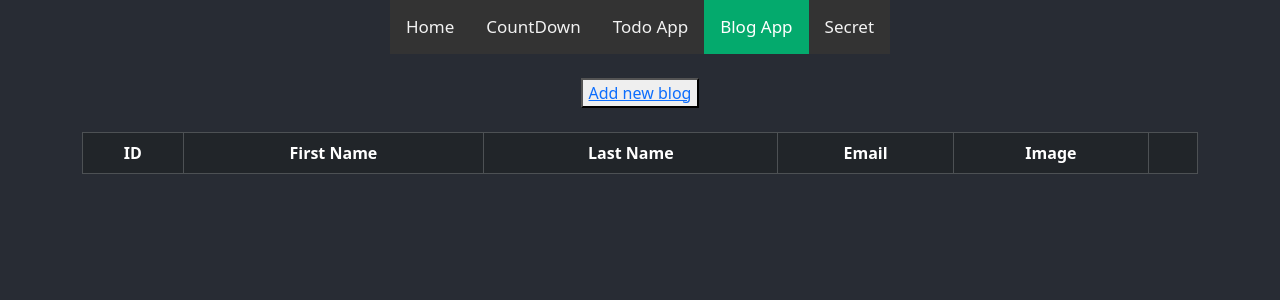
Repository: ThucSkin/React-hook-basic
Page: /blog
An editor plug-in stored every save of this project. The page is shown before and after the next save, followed by the edit.
The browser window is 1280 px wide. The pictures show the whole page.
The page's requests for data from a server got no answer. The project was rebuilt for these pictures with package versions that can differ from the ones it lists, and the page was loaded fresh each time. No one was signed in, and anything a server would have sent is missing. Also part of the build but not shown: src/views/Todo.js, src/views/TableApi/TableUser.scss, src/views/TableApi/TableApi.js, src/views/CountDown/countdown.js, src/views/BlogDetail.js, src/views/AddNewUser.js.

Above is the page before, as saved 2023-06-12 01:04:23.

### src/App.js

import './App.scss';
import Nav from './views/Nav';
import Todo from './views/Todo';
import TableApi from './views/TableApi/TableApi';
import { CountDown } from './views/CountDown/countdown';
import { Routes, Route } from 'react-router-dom'
import { Blog } from './views/Blog';
import DetailBlog from './views/BlogDetail';
import { Container } from 'react-bootstrap';
import AddNewUser from './views/AddNewUser';
import 'bootstrap/dist/css/bootstrap.min.css';


const App = () => {
  return (
    <div className="App">
      <header className="App-header">
        <Nav />
        <Container className='container'>
          <Routes>
            <Route path='/' element={<TableApi />} />
            <Route path='/countdown' element={<CountDown />} />
            <Route path='/todo' element={<Todo />} />
            <Route path='/blog' element={<Blog />} />
            <Route path='/blog/:id' element={<DetailBlog />} />
            <Route path='/add/user' element={<AddNewUser />} />
          </Routes>
        </Container>
      </header>
    </div>
  );
}

export default App;

### src/App.scss
.App {
    text-align: center;
}

.App-logo {
    height: 10vmin;
    pointer-events: none;
}

@media (prefers-reduced-motion: no-preference) {
    .App-logo {
        animation: App-logo-spin infinite 20s linear;
    }
}

.App-header {
    background-color: #282c34;
    min-height: 100vh;
    display: flex;
    flex-direction: column;
    align-items: center;
    /* justify-content: center; */
    font-size: calc(10px + 2vmin);
    color: white;
}

.App-link {
    color: #61dafb;
}

@keyframes App-logo-spin {
    from {
        transform: rotate(0deg);
    }

    to {
        transform: rotate(360deg);
    }
}

.container {
    font-size: 16px;

}

### src/views/Nav.js
import { NavLink } from 'react-router-dom';
import './Nav.scss';
import 'bootstrap/dist/css/bootstrap.min.css';

const Nav = () => {
    return (
        <>
            <div className="topnav mb-4">
                <NavLink to="/" activeclassName="active">Home</NavLink>
                <NavLink to="/countdown">CountDown</NavLink>
                <NavLink to="/todo">Todo App</NavLink>
                <NavLink to="/blog">Blog App</NavLink>
                <NavLink to="/secrect">Secret</NavLink>
            </div>
        </>
    )
}

export default Nav;

### src/views/Blog.js
import useFetch from "../customize/Fetch";
import Table from 'react-bootstrap/Table';
import 'bootstrap/dist/css/bootstrap.min.css';
import { Link } from "react-router-dom";
import { useState } from 'react';
import Button from 'react-bootstrap/Button';
import Modal from 'react-bootstrap/Modal';

const Blog = () => {
    const [show, setShow] = useState(false);
    const handleClose = () => setShow(false);
    const handleShow = () => setShow(true);

    const { data: dataBlogs, loading }
        = useFetch(`https://reqres.in/api/users?page=2`, false);
    let newData = [];

    if (dataBlogs.length > 0 && dataBlogs) {
        newData = dataBlogs;
    }

    return (
        <>
            <button>
                <Link to={'/add/user'} >Add new blog</Link>
            </button>
            <Table striped bordered hover variant="dark" className='mt-4'>
                <thead>
                    <tr>
                        <th>ID</th>
                        <th>First Name</th>
                        <th>Last Name</th>
                        <th>Email</th>
                        <th>Image</th>
                        <th colSpan={2}></th>
                    </tr>
                </thead>
                <tbody>

                    {loading === false && newData && newData.length > 0 &&
                        newData.map(item => {
                            return (
                                <tr key={item.id}>
                                    <td>{item.id}</td>
                                    <td>{item.first_name}</td>
                                    <td>{item.last_name}</td>
                                    <td>{item.email}</td>
                                    <td>
                                        <img className='img-users' alt="" src={item.avatar}></img>
                                    </td>
                                    <td>
                                        <button>
                                            <Link to={`/blog/${item.id}`}>Detail</Link>
                                        </button>
                                    </td>
                                </tr>
                            )
                        })
                    }
                    {loading === true &&
                        <tr>
                            <td colSpan={5}>Loading...</td>
                        </tr>}
                </tbody>
            </Table>
        </>
    );
}

export { Blog };



function Example() {


    return (
        <>
            <Button variant="primary" onClick={handleShow}>
                Launch demo modal
            </Button>

            <Modal show={show} onHide={handleClose}>
                <Modal.Header closeButton>
                    <Modal.Title>Modal heading</Modal.Title>
                </Modal.Header>
                <Modal.Body>Woohoo, you are reading this text in a modal!</Modal.Body>
                <Modal.Footer>
                    <Button variant="secondary" onClick={handleClose}>
                        Close
                    </Button>
                    <Button variant="primary" onClick={handleClose}>
                        Save Changes
                    </Button>
                </Modal.Footer>
            </Modal>
        </>
    );
}

export default Example;

### src/views/Nav.scss
body {
    margin: 0;
    font-family: Arial, Helvetica, sans-serif;

    .topnav {
        overflow: hidden;
        background-color: #333;

        a {
            float: left;
            color: #f2f2f2;
            text-align: center;
            padding: 14px 16px;
            text-decoration: none;
            font-size: 17px;
        }

        a:hover {
            background-color: #ddd;
            color: black;
        }

        a.active {
            background-color: #04AA6D;
            color: white;
        }
    }

    .form-add {
        width: 300px;
        margin: 0 auto;
        border: 10px solid rgb(99, 208, 48);
        padding: 20px;
    }
}

### src/customize/Fetch.js
import { useEffect, useState } from "react"
import axios from "axios"

const useFetch = (url, isUserData) => {
    const [data, setData] = useState([])
    const [loading, setLoading] = useState(true)

    useEffect(() => {
        const ourRequest = axios.CancelToken.source() // <-- 1st step

        async function fetchData() {
            try {
                let res = await axios.get(url, {
                    cancelToken: ourRequest.token, // <-- 2nd step
                })
                let data = (res && res.data) ? res.data.data : []; // true, false
                setData(data);
                setLoading(false);
            }
            catch (err) {
                if (axios.isCancel(err)) {
                    console.log('Request canceled', err.message);
                } else {
                    setLoading(false);
                }

            }
        }
        setTimeout(() => {
            fetchData();
        }, 1000)
        return () => {
            ourRequest.cancel();
        }
    }, [url]);

    return {
        data, loading
    }
}

export default useFetch;

Loaded but not shown: public/index.html (common file); src/index.js (common file); src/index.css (common file); src/reportWebVitals.js (common file)

After the next save:
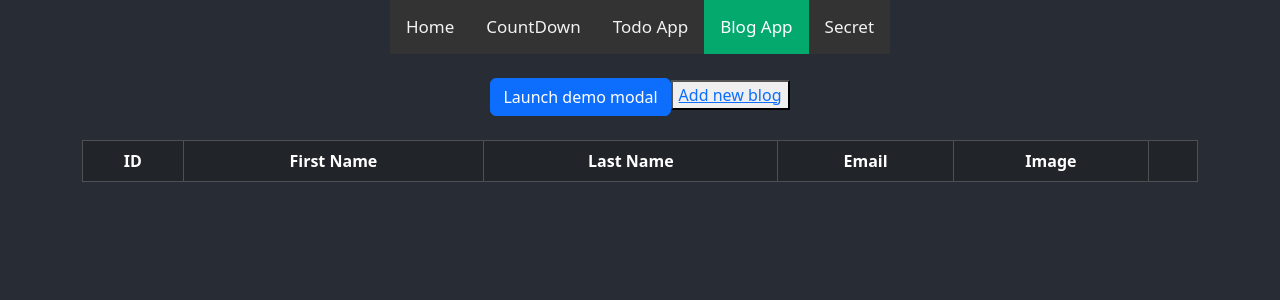
Saved 49 s later.
--- a/src/views/Blog.js
+++ b/src/views/Blog.js
@@ -21,6 +21,29 @@ const Blog = () => {
 
     return (
         <>
+            <>
+                <Button variant="primary" onClick={handleShow}>
+                    Launch demo modal
+                </Button>
+
+                <Modal show={show} onHide={handleClose}>
+                    <Modal.Header closeButton>
+                        <Modal.Title>Modal heading</Modal.Title>
+                    </Modal.Header>
+                    <Modal.Body>Woohoo, you are reading this text in a modal!</Modal.Body>
+                    <Modal.Footer>
+                        <Button variant="secondary" onClick={handleClose}>
+                            Close
+                        </Button>
+                        <Button variant="primary" onClick={handleClose}>
+                            Save Changes
+                        </Button>
+                    </Modal.Footer>
+                </Modal>
+            </>
+
+
+
             <button>
                 <Link to={'/add/user'} >Add new blog</Link>
             </button>
@@ -68,34 +91,3 @@ const Blog = () => {
 }
 
 export { Blog };
-
-
-
-function Example() {
-
-
-    return (
-        <>
-            <Button variant="primary" onClick={handleShow}>
-                Launch demo modal
-            </Button>
-
-            <Modal show={show} onHide={handleClose}>
-                <Modal.Header closeButton>
-                    <Modal.Title>Modal heading</Modal.Title>
-                </Modal.Header>
-                <Modal.Body>Woohoo, you are reading this text in a modal!</Modal.Body>
-                <Modal.Footer>
-                    <Button variant="secondary" onClick={handleClose}>
-                        Close
-                    </Button>
-                    <Button variant="primary" onClick={handleClose}>
-                        Save Changes
-                    </Button>
-                </Modal.Footer>
-            </Modal>
-        </>
-    );
-}
-
-export default Example;
